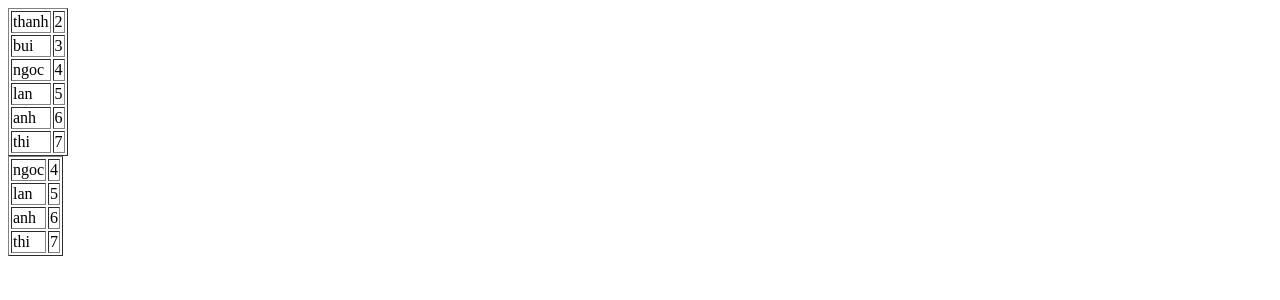
Repository: thanhbui99/java-eclipse
Page: http://localhost/exampleJsp/indexProcess.jsp
An editor plug-in stored every save of this project. The page is shown before and after the next save, followed by the edit.
The browser window is 1280 px wide. The pictures show the whole page.
The page is served by Tomcat 9.

Above is the page before, as saved 2020-10-30 12:11:02.

After the next save:
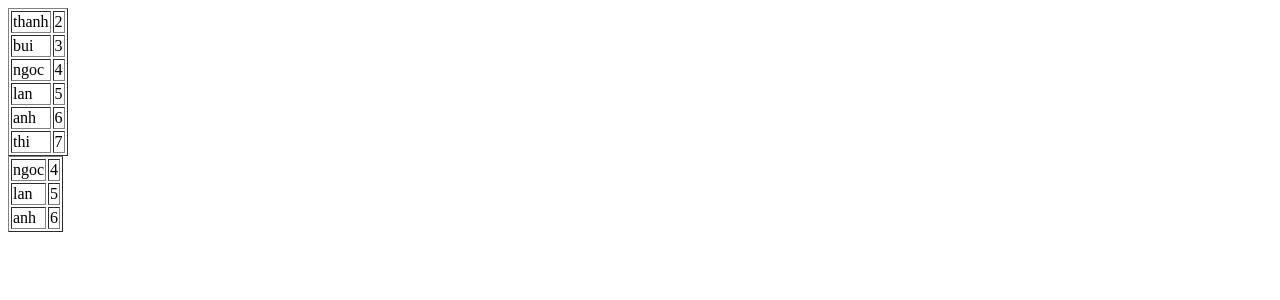
Saved 75 s later.
--- a/workspace/exampleJsp/WebContent/Display.jsp
+++ b/workspace/exampleJsp/WebContent/Display.jsp
@@ -19,7 +19,7 @@
 	</table>
 	<table border="1">
 		<c:forEach items="${indo}" var="list">
-			<c:if test="${list.stt >3}">
+			<c:if test="${list.stt > 3 && list.stt < 7}">
 				<tr>
 
 					<td>${list.name}</td>
